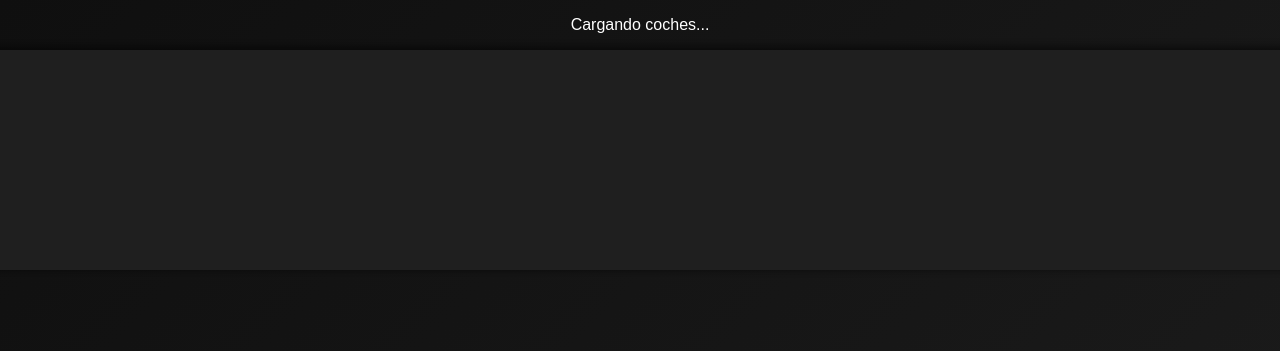
Repository: demoniers/clase
Page: /concesionario (app in misproyectos/concesionario/)
The author's editor kept a copy of each file at every save. The page is drawn from the files as they stood at one save, then again after the next save.
The browser window is 1280 px wide. The pictures show the whole page.
The page's requests for data from a server got no answer. The project was rebuilt for these pictures with package versions that can differ from the ones it lists, and the page was loaded fresh each time. No one was signed in, and anything a server would have sent is missing. Also part of the build but not shown: misproyectos/concesionario/src/routes/Home/Home.css, misproyectos/concesionario/src/routes/Home/Home.js, misproyectos/concesionario/src/routes/Users/singin.css, misproyectos/concesionario/src/routes/Users/singin.js, misproyectos/concesionario/src/routes/Users/login.css, misproyectos/concesionario/src/routes/Users/auth.js, misproyectos/concesionario/src/routes/Users/Login.js, misproyectos/concesionario/src/routes/Users/logout.css and 2 more.

Above is the page before, as saved 2025-03-20 12:21:53.

After the next save:
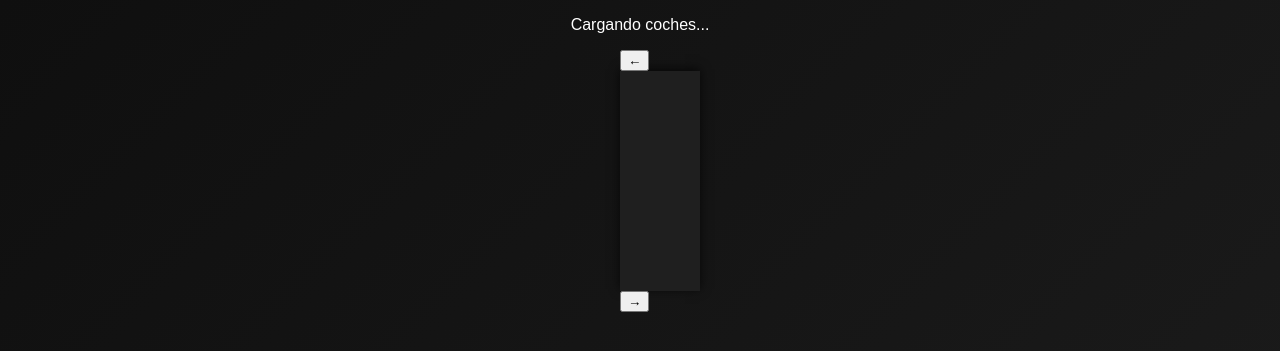
Saved 15 min 56 s later.
--- a/misproyectos/concesionario/src/routes/concesionario/Concesionario.js
+++ b/misproyectos/concesionario/src/routes/concesionario/Concesionario.js
@@ -1,9 +1,10 @@
-import React, { useState, useEffect } from 'react';
+import React, { useState, useEffect, useRef } from 'react';
 import './Concesionario.css'; // Archivo CSS actualizado
 
 function Concesionario() {
   const [coches, setCoches] = useState([]);
   const [cocheSeleccionado, setCocheSeleccionado] = useState(null);
+  const barraRef = useRef(null); // Referencia a la barra de navegación
 
   useEffect(() => {
     async function fetchData() {
@@ -23,6 +24,16 @@ function Concesionario() {
     setCocheSeleccionado(coche);
   };
 
+  const moverBarra = (direccion) => {
+    if (barraRef.current) {
+      const distanciaDesplazamiento = 200; // Ajusta la distancia de desplazamiento
+      barraRef.current.scrollBy({
+        left: direccion === 'derecha' ? distanciaDesplazamiento : -distanciaDesplazamiento,
+        behavior: 'smooth',
+      });
+    }
+  };
+
   return (
     <div className="concesionario">
       {cocheSeleccionado ? (
@@ -30,7 +41,6 @@ function Concesionario() {
           <div className="imagen-grande">
             <img src={`/img/${cocheSeleccionado.img_coche}`} alt={cocheSeleccionado.nombre_coche} />
           </div>
-          {/* Menú lateral con barras progresivas */}
           <div className="caracteristicas">
             <div className="velocidad-circulo">
               <svg viewBox="0 0 36 36" className="circular-chart">
@@ -46,9 +56,7 @@ function Concesionario() {
                      a 15.9155 15.9155 0 0 1 0 31.831
                      a 15.9155 15.9155 0 0 1 0 -31.831"
                   style={{
-                    strokeDasharray: `${
-                      (cocheSeleccionado.velocidad_punta / 500) * 100
-                    }, 100`,
+                    strokeDasharray: `${(cocheSeleccionado.velocidad_punta / 500) * 100}, 100`,
                   }}
                 />
               </svg>
@@ -65,10 +73,7 @@ function Concesionario() {
                       <div
                         className="barra-fina-interna"
                         style={{
-                          width: `${Math.min(
-                            (10 - cocheSeleccionado.aceleracion) * 10,
-                            100
-                          )}%`,
+                          width: `${Math.min((10 - cocheSeleccionado.aceleracion) * 10, 100)}%`,
                         }}
                       ></div>
                     </div>
@@ -82,10 +87,7 @@ function Concesionario() {
                       <div
                         className="barra-fina-interna"
                         style={{
-                          width: `${Math.min(
-                            (30 - cocheSeleccionado.consumo) * 3.33,
-                            100
-                          )}%`,
+                          width: `${Math.min((30 - cocheSeleccionado.consumo) * 3.33, 100)}%`,
                         }}
                       ></div>
                     </div>
@@ -99,9 +101,7 @@ function Concesionario() {
                       <div
                         className="barra-fina-interna"
                         style={{
-                          width: `${
-                            (cocheSeleccionado.newtons_par / 2000) * 100
-                          }%`,
+                          width: `${(cocheSeleccionado.newtons_par / 2000) * 100}%`,
                         }}
                       ></div>
                     </div>
@@ -115,9 +115,7 @@ function Concesionario() {
                       <div
                         className="barra-fina-interna"
                         style={{
-                          width: `${
-                            (cocheSeleccionado.caballos / 2000) * 100
-                          }%`,
+                          width: `${(cocheSeleccionado.caballos / 2000) * 100}%`,
                         }}
                       ></div>
                     </div>
@@ -143,19 +141,25 @@ function Concesionario() {
         <p>Cargando coches...</p>
       )}
 
-      <div
-        className="barra-navegacion"
-      >
-        {coches.map((coche) => (
-          <div
-            key={coche.id}
-            className={`tarjeta ${coche.id === cocheSeleccionado.id ? 'seleccionado' : ''}`}
-            onClick={() => seleccionarCoche(coche)}
-          >
-            <img src={`/img/${coche.img_coche}`} alt={coche.nombre_coche} />
-            <p>{coche.nombre_coche}</p>
-          </div>
-        ))}
+      <div className="barra-navegacion-contenedor">
+        <button className="flecha-izquierda" onClick={() => moverBarra('izquierda')}>
+          &larr;
+        </button>
+        <div className="barra-navegacion" ref={barraRef}>
+          {coches.map((coche) => (
+            <div
+              key={coche.id}
+              className={`tarjeta ${coche.id === cocheSeleccionado.id ? 'seleccionado' : ''}`}
+              onClick={() => seleccionarCoche(coche)}
+            >
+              <img src={`/img/${coche.img_coche}`} alt={coche.nombre_coche} />
+              <p>{coche.nombre_coche}</p>
+            </div>
+          ))}
+        </div>
+        <button className="flecha-derecha" onClick={() => moverBarra('derecha')}>
+          &rarr;
+        </button>
       </div>
     </div>
   );
